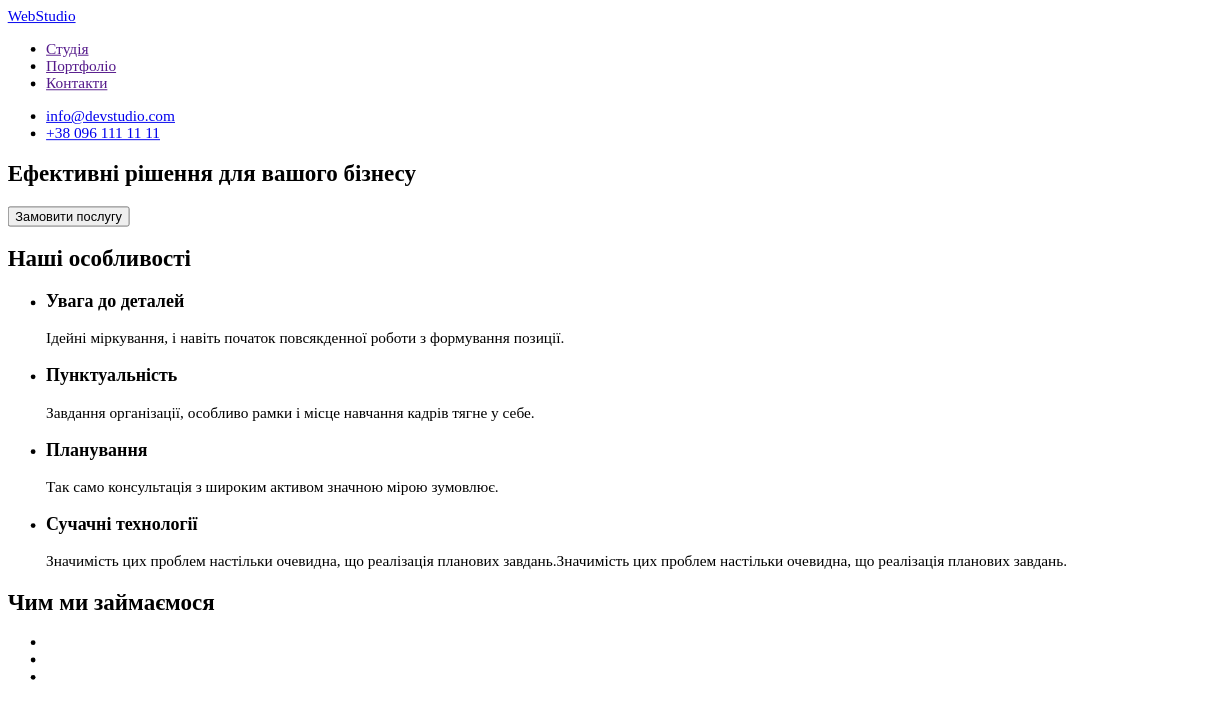
Repository: Mariia2811/goit-markup-hw-03
Page: index.html
An editor plug-in stored every save of this project. The page is shown before and after a run of saves, followed by the edit.
The browser window is 1280 px wide. The pictures show the whole page, at 96% of full size.

Above is the page before, as saved 2022-11-16 13:42:08.

### index.html
<!DOCTYPE html>
<html lang="uk">
  <head>
    <meta charset="UTF-8" />
    <meta http-equiv="X-UA-Compatible" content="IE=edge" />
    <meta name="viewport" content="width=device-width, initial-scale=1.0" />
    <title>Document</title>
  </head>
  <body>
    <header>
        <nav>
            <a href="./index.html">WebStudio</a>
            <ul>
                <li><a href="">Студія</a></li>
                <li><a href="">Портфоліо</a></li>
                <li><a href="">Контакти</a></li>
            </ul>
            <ul>
                <li><a href="mailto:info@devstudio.com">info@devstudio.com</a></li>
                <li><a href="tel:+380961111111">+38 096 111 11 11</a></li>
            </ul>
        </nav>
    </header>
    <main>
        <section>
            <h1>Ефективні рішення для вашого бізнесу</h1>
            <button type="button">Замовити послугу</button>
        </section>
        <section>
            <h2>Наші особливості</h2>
            <ul>
                <li>
                    <h3>Увага до деталей</h3>
                    <p>Ідейні міркування, і навіть початок повсякденної роботи з формування позиції.</p>
                </li>
                <li>
                    <h3>Пунктуальність</h3>
                    <p>Завдання організації, особливо рамки і місце навчання кадрів тягне у себе.</p>
                </li>
                <li>
                    <h3>Планування</h3>
                    <p>Так само консультація з широким активом значною мірою зумовлює.</p>
                </li>
                <li>
                    <h3>Сучачні технології</h3>
                    <p>Значимість цих проблем настільки очевидна, що реалізація планових завдань.Значимість цих проблем настільки очевидна, що реалізація планових завдань.</p>
                </li>
            </ul>
        </section>
        <section>
            <h2>Чим ми займаємося</h2>
            <ul>
                <li><img src="" alt=""></li>
                <li><img src="" alt=""></li>
                <li><img src="" alt=""></li>
            </ul>
        </section>
        <section></section>
    </main>
    <footer></footer>
  </body>
</html>

After the next 3 saves:
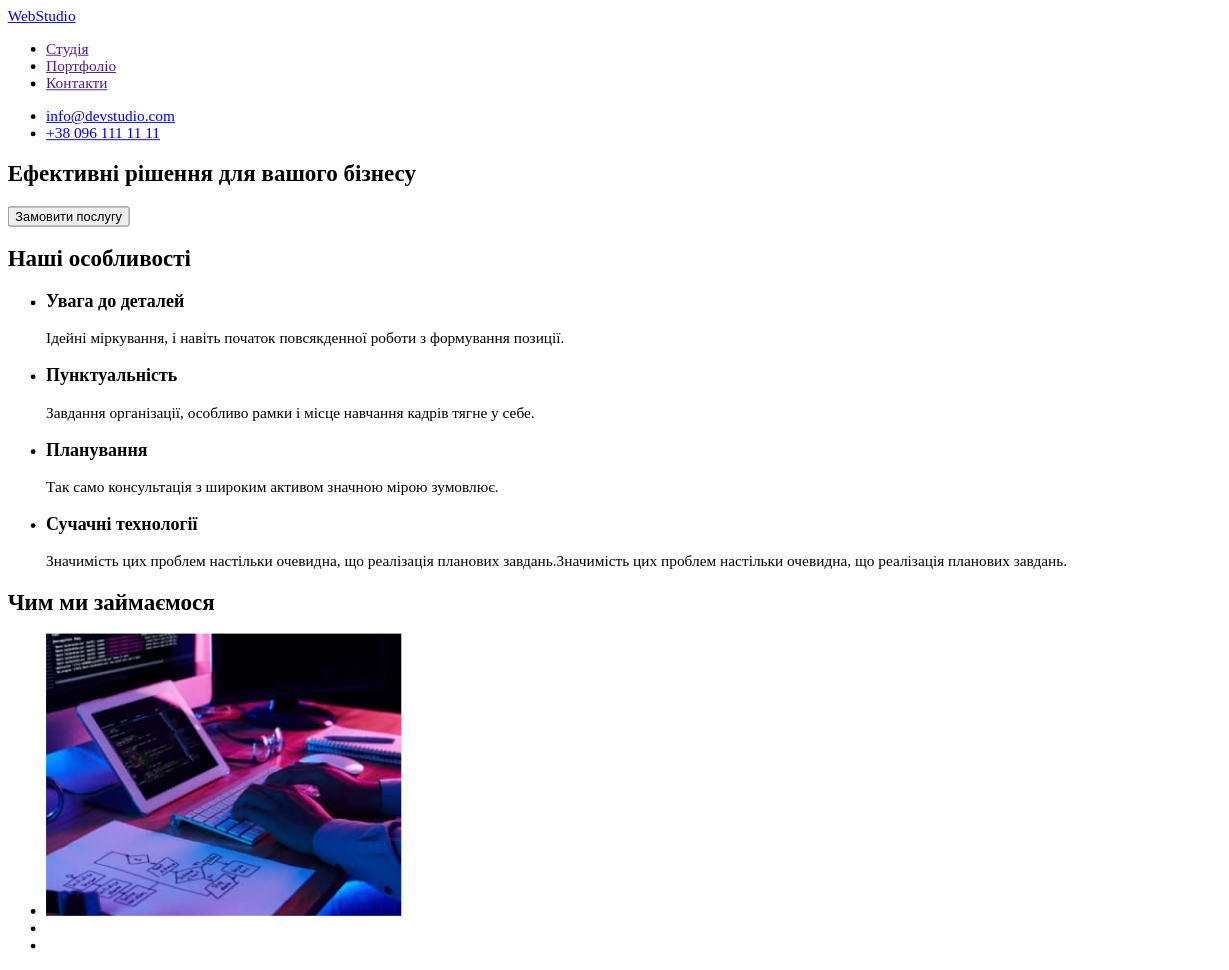
The 3 saves are shown as one change because they came seconds apart.
The last was saved 4 min 35 s later.
--- a/index.html
+++ b/index.html
@@ -50,7 +50,7 @@
         <section>
             <h2>Чим ми займаємося</h2>
             <ul>
-                <li><img src="" alt=""></li>
+                <li><img src="./images/coding.jpg" alt=""></li>
                 <li><img src="" alt=""></li>
                 <li><img src="" alt=""></li>
             </ul>
